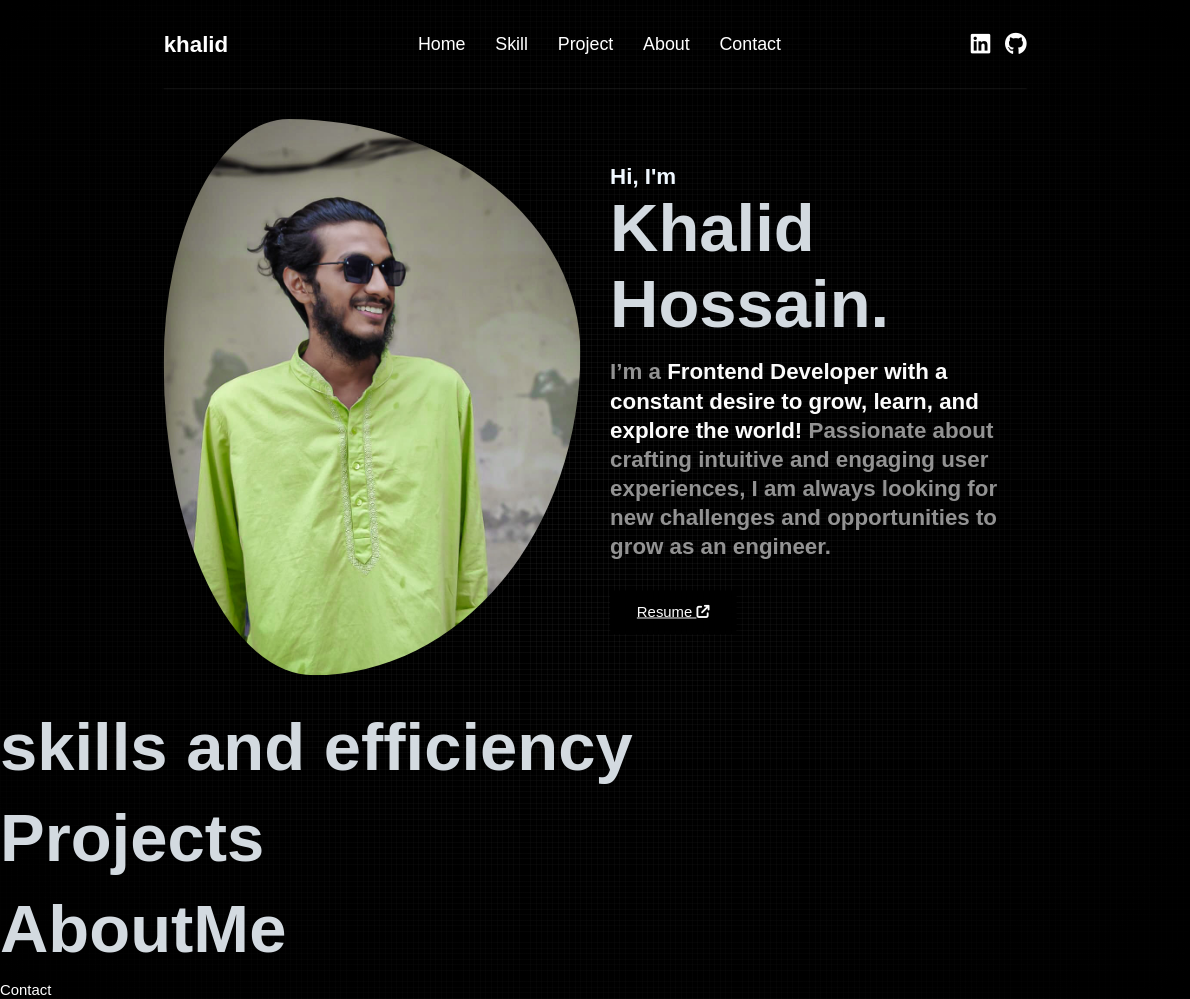
Repository: badhon252/my-portfolio
Page: /
The author's editor kept a copy of each file at every save. The page is drawn from the files as they stood at one save, then again after the next save.
The browser window is 1280 px wide. The pictures show the whole page, at 93% of full size.
The project was rebuilt for these pictures with package versions that can differ from the ones it lists, and the page was loaded fresh each time. Also part of the build but not shown: src/Components/Home/Header/Navbar/Navs/LinkedIn/LinkedIn.module.css, src/Components/Home/Header/Navbar/Navs/GitHub/Github.module.css.

Above is the page before, as saved 2023-01-16 01:21:00.

### public/index.html
<!DOCTYPE html>
<html lang="en">

<head>
    <meta charset="utf-8" />
    <link rel="icon" href="%PUBLIC_URL%/favicon.ico" />
    <meta name="viewport" content="width=device-width, initial-scale=1" />
    <meta name="theme-color" content="#000000" />
    <meta name="description" content="Web site created using create-react-app, Portfolio" />
    <link rel="apple-touch-icon" href="%PUBLIC_URL%/logo192.png" />
    <link rel="stylesheet" href="https://cdnjs.cloudflare.com/ajax/libs/font-awesome/6.2.1/css/all.min.css">
    <link rel="manifest" href="%PUBLIC_URL%/manifest.json" />

    <title>Portfolio Website</title>
</head>

<body>
    <div id="root"></div>

    <script src="https://platform.linkedin.com/badges/js/profile.js" async defer type="text/javascript"></script>

</body>

</html>

### src/index.css
body {
    margin: 0;
    font-family: -apple-system, BlinkMacSystemFont, 'Segoe UI', 'Roboto', 'Oxygen', 'Ubuntu', 'Cantarell', 'Fira Sans', 'Droid Sans', 'Helvetica Neue', sans-serif;
    -webkit-font-smoothing: antialiased;
    -moz-osx-font-smoothing: grayscale;
    background-color: #000000;
    background-image: radial-gradient(circle at center center, transparent 0%, rgb(0, 0, 0) 99%), repeating-linear-gradient(0deg, rgba(163, 163, 163, 0.07) 0px, rgba(163, 163, 163, 0.07) 1px, transparent 1px, transparent 6px), repeating-linear-gradient(90deg, rgba(163, 163, 163, 0.07) 0px, rgba(163, 163, 163, 0.07) 1px, transparent 1px, transparent 6px), linear-gradient(90deg, rgb(0, 0, 0), rgb(0, 0, 0));
    color: #ffffff;
}

code {
    font-family: source-code-pro, Menlo, Monaco, Consolas, 'Courier New', monospace;
}

* {
    margin: 0;
    padding: 0;
    box-sizing: border-box;
    font-family: 'Poppins', sans-serif;
}

### src/App.js
import Home from './Components/Home/Home';

function App() {
  return (
    <div className="App">
      <Home/>
    </div>
  );
}

export default App;

### src/Components/Home/Home.jsx
import AboutMe from "./AboutMe/AboutMe";
import Footer from "./Footer/Footer";
import Header from "./Header/Header";
import Projects from "./Project/Projects";
import Skill from "./Skill/Skill";


export default function Home() {
  return (
    <div>
        <Header />
        <Skill/>
        <Projects/>
        <AboutMe/>
        <Footer/>

    </div>
  )
}

### src/Components/Home/AboutMe/AboutMe.jsx
import React from 'react';

const AboutMe = () => {
    return (
        <div>
            <h1>AboutMe</h1>
        </div>
    );
}

export default AboutMe;

### src/Components/Home/Footer/Footer.jsx
import React from 'react'
import Contact from './Contact/Contact'

export default function Footer() {
  return (
    <div>
        <Contact/>
    </div>
  )
}

### src/Components/Home/Header/Header.jsx
import React from 'react'
import HeaderContent from './HeaderContent/HeaderContent'
import Navbar from './Navbar/Navbar'
import Classes from './Header.module.css'

export default function Header() {
  return (
    <div className={Classes.header}>
      <Navbar/>
      <HeaderContent/>
    </div>
  )
}

### src/Components/Home/Project/Projects.jsx
import React from 'react';

const Projects = () => {
    return (
        <div>
            <h1>Projects</h1>
        </div>
    );
}

export default Projects;

### src/Components/Home/Skill/Skill.jsx
import React from 'react';

const SkillEfficiency = () => {
    return (
        <div>
        <h1>skills and efficiency</h1>
        </div>
    );
}

export default SkillEfficiency;

### src/Components/Home/Header/HeaderContent/HeaderContent.jsx
import Badhon from "../../../../Assests/Images/badhon.jpg";
import HeroSection from './HeroSection'
import Classes from "./Header.module.css";

export default function HeaderContent() {
  return (
    <div>
      <div className={Classes.heroSection}>
          <div className={Classes.row}>
            <HeroSection col={Classes.col}/>
            <div className={Classes.col}>
              <img src={Badhon} alt="Badhon" className={Classes.heroImage} />
            </div>

        </div>
      </div>
    </div>
  )
}

### src/Components/Home/Header/Navbar/Navbar.jsx
import "./Navs/Navs.css"
import "./Navbar.css"
import NavbarBrand from './NavbarBrand/NavbarBrand'
import Nav from './Navs/Nav/Nav'
import LinkedIn from './Navs/LinkedIn/LinkedIn'
import GitHub from './Navs/GitHub/Github'

export default function Navbar() {
  return (
    <div className='navBar borderBottom'>
            <NavbarBrand/>
            <Nav/>
         <div className='navBar'>
            <LinkedIn/>
            <GitHub/>
         </div>
    </div>
  )
}

### src/Components/Home/Header/Header.module.css
.header {
    min-height: 100vh;
    margin: 0 10rem;
    color: aliceblue;
    padding: 0 1rem;
}

### src/Components/Home/Header/HeaderContent/HeroSection.jsx
import Classes from "./Header.module.css";


export default function HeroSection({col}) {
  return (
    <div className={col}>
          <h2 className={Classes.h1}>Hi, I'm</h2>
          <h1 className={Classes.h1}>Khalid Hossain.</h1>
          <p>
            I’m a <span>Frontend Developer with a constant desire to grow, learn, and explore the world!</span> Passionate about crafting intuitive and engaging user experiences,
            I am always looking for new challenges and opportunities to grow as an engineer.
          </p>
          <button className={Classes.resume}>
             <a className={Classes.resumeLink} href="https://www.github.com/badhon252" target="_blank" rel="noreferrer">
               Resume <i class="fa-solid fa-arrow-up-right-from-square"></i>
              </a>
          </button>
    </div>
  );
}

### src/Components/Home/Header/HeaderContent/Header.module.css
.row {
    display: flex;
    flex-direction: row-reverse;
    justify-content: space-between;
    align-items: center;
    flex-wrap: wrap;
    margin: 2rem 0;
    gap: 2rem;
}

.col {
    flex-basis: 45%;
    flex: 1;
}

.heroImage {
    min-width: 300px;
    max-width: 600px;
    width: 100%;
    height: auto;
    box-sizing: border-box;
    overflow: hidden;
    transition: .5s;
    border-radius: 30% 70% 64% 36% / 44% 42% 58% 56%;
}

.heroImage:hover {
    border-radius: 20%;
}

h1 {
    font-size: 4.5em;
    font-weight: 700;
    margin-bottom: 1rem;
    color: rgba(240, 248, 255, 0.877);
}

p {
    font-size: 1.5em;
    font-weight: 600;
    margin-bottom: 1rem;
    color: rgba(255, 255, 255, 0.568);
    line-height: 1.3;
}

p span {
    color: #fcfcfc;
}

.resume {
    padding: .9rem 1.8rem;
    border: 1px solid #49ff12;
    font-size: 1rem;
    font-weight: 500;
    margin-top: 1rem;
    outline: none;
    border: none;
    border-radius: 5px;
    background-color: #000;
}

.resumeLink {
    color: #fcfcfc;
}

.resume:hover,
a:hover {
    color: #000;
}

### src/Components/Home/Header/Navbar/Navs/Navs.css
.flexRow {
    display: flex;
    justify-content: space-between;
    align-items: center;
    flex-wrap: wrap;
    gap: 2rem;
}

.me_1 {
    margin-right: 1rem;
}

### src/Components/Home/Header/Navbar/Navbar.css
.boxShadow {
    -webkit-box-shadow: 0px 22px 40px -37px rgba(255, 255, 255, 1);
    -moz-box-shadow: 0px 22px 40px -37px rgba(255, 255, 255, 1);
    box-shadow: 0px 22px 40px -37px rgba(255, 255, 255, 1);
}

.borderBottom {
    border-bottom: 1px solid #f6f6f612;
}

### src/Components/Home/Header/Navbar/NavbarBrand/NavbarBrand.jsx
import Classes from "./NavbarBrand.module.css"
export default function NavbarBrand() {
  return (
    <div className={Classes.navbarBrand}>khalid</div>
  )
}

### src/Components/Home/Header/Navbar/Navs/Nav/Nav.jsx
import "./../Navs.css"
import "./Nav.css"
export default function Nav() {
  return (
    <div>
        <nav className="navBar" >
            <div className="container-fluid">

                {/* <button className="navbar-toggler" type="button" data-bs-toggle="collapse" data-bs-target="#navbarSupportedContent" aria-controls="navbarSupportedContent" aria-expanded="false" aria-label="Toggle navigation">
                <span className="navbar-toggler-icon"></span>
                </button> */}
                <div className="collapse navbar-collapse" id="navbarSupportedContent">
                <ul className="flexRow navbar-nav me-auto mb-2 mb-lg-0">
                    <li className="nav-item">
                    <a className="nav-link" href="#home">Home</a>
                    </li>
                    <li className="nav-item">
                    <a className="nav-link" href="#skill">Skill</a>
                    </li>
                    <li className="nav-item">
                    <a className="nav-link" href="#project">Project</a>
                    </li>
                    <li className="nav-item">
                    <a className="nav-link" href="#aboutMe">About</a>
                    </li>
                     <li className="nav-item">
                    <a className="nav-link" href="#contact">Contact</a>
                    </li>

                </ul>

                </div>
            </div>
        </nav>
    </div>
  )
}

### src/Components/Home/Header/Navbar/Navs/LinkedIn/LinkedIn.jsx
import "./LinkedIn.module.css"

export default function LinkedIn() {
  return (
    <div className='me_1' >
      <a href="https://www.linkedin.com/in/khalidhossainbadhon/" target="_blank" rel="noreferrer">
     <i class="fa-brands fa-linkedin"></i>
      </a>
    </div>
  )
}

### src/Components/Home/Header/Navbar/Navs/GitHub/Github.jsx
import Classes from "./Github.module.css"

export default function GitHub() {
  return (
    <div className={Classes.faBrands}>
      <a href="https://github.com/badhon252"><i class="fa-brands fa-github"></i></a>
    </div>
  )
}

### src/Components/Home/Header/Navbar/NavbarBrand/NavbarBrand.module.css
.navbarBrand {
    font-size: 1.5rem;
    font-weight: 700;
    color: rgb(255, 255, 255);
}

### src/Components/Home/Header/Navbar/Navs/Nav/Nav.css
.navBar {
    display: flex;
    justify-content: space-between;
    align-items: center;
    padding: 1.1rem 0;
    flex-wrap: wrap;
}

.navbar-nav {
    list-style-type: none;
    display: flex;
    justify-content: space-between;
}

.navbar-nav li a {
    text-decoration: none;
    color: rgb(255, 255, 255);
    font-size: 1.2rem;
    font-weight: 500;
    transition: all 0.3s ease-in-out;
}

.navbar-nav li a:hover {
    color: #49ff12;
}

.navbar-nav li a.active {
    color: #bb0707;
}

.navbar-nav li a.active:hover {
    color: #f1f1f1;
}

.navbar-nav li a.active::after {
    content: "";
    display: block;
    width: 100%;
    height: 2px;
    background: #f1f1f1;
    margin-top: 5px;
}

.navbar-nav li a.active:hover::after {
    background: #f1f1f1;
}

.fa-brands,
.fab {
    font-weight: 400;
    font-size: 1.5rem;
    color: #fff;
}

Loaded but not shown: src/index.js (common file); src/reportWebVitals.js (common file); src/Components/Home/Footer/Contact/Contact.jsx (common file)

After the next save:
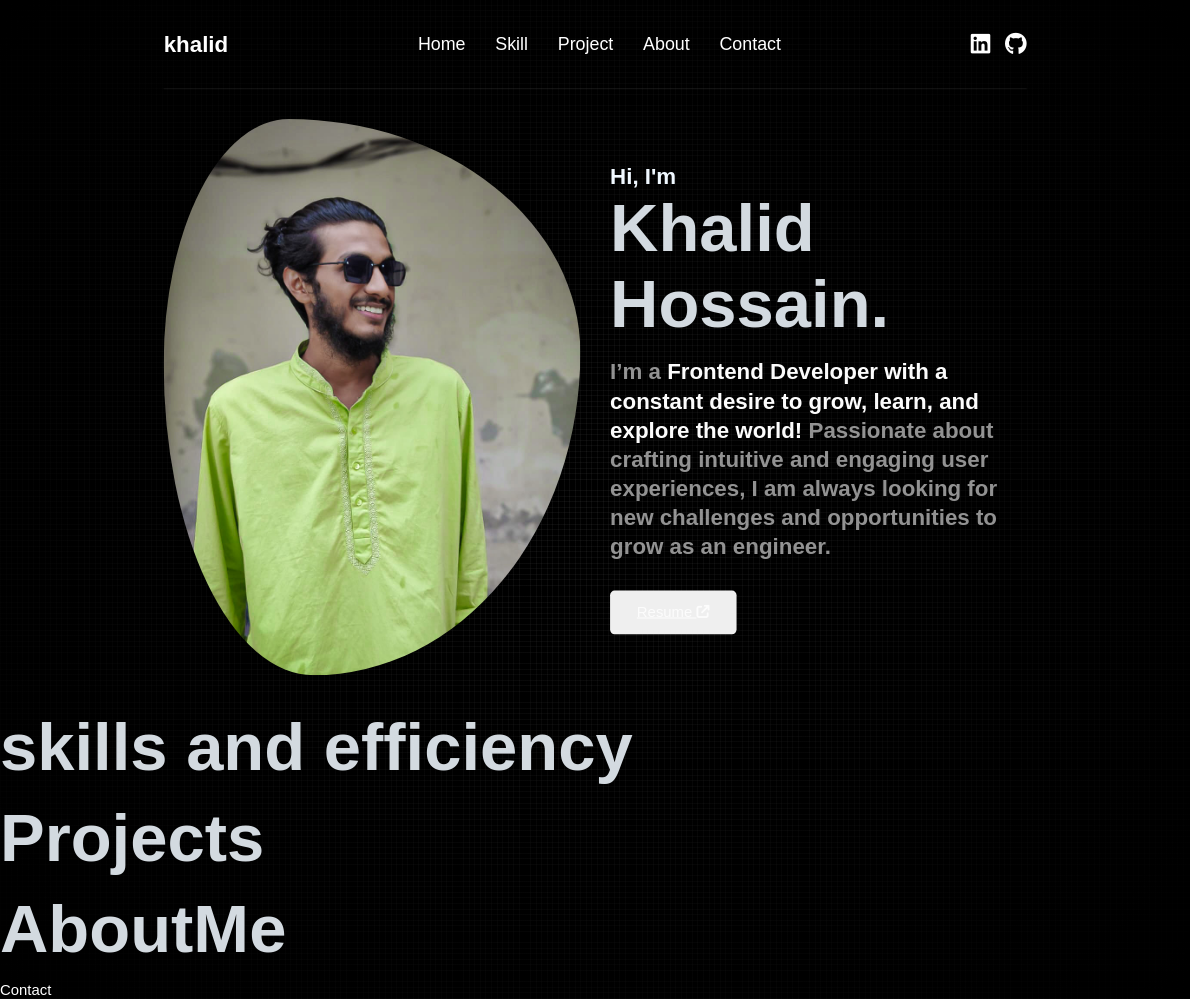
Saved 18 s later.
--- a/src/Components/Home/Header/HeaderContent/Header.module.css
+++ b/src/Components/Home/Header/HeaderContent/Header.module.css
@@ -56,7 +56,6 @@
     outline: none;
     border: none;
     border-radius: 5px;
-    background-color: #000;
 }
 
 .resumeLink {

After the save that followed:
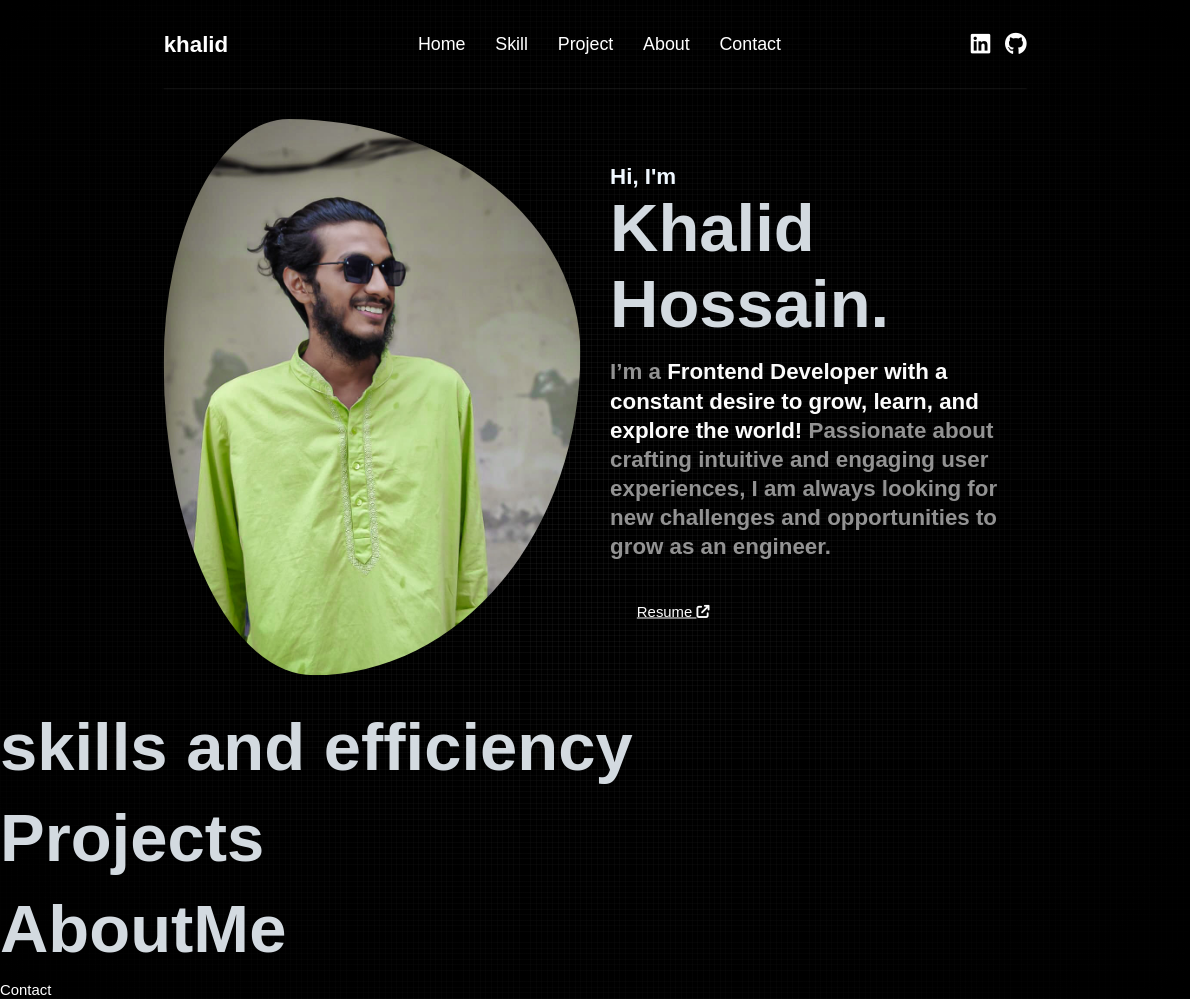
Saved 9 s later.
--- a/src/Components/Home/Header/HeaderContent/Header.module.css
+++ b/src/Components/Home/Header/HeaderContent/Header.module.css
@@ -56,6 +56,7 @@
     outline: none;
     border: none;
     border-radius: 5px;
+    background: none;
 }
 
 .resumeLink {
